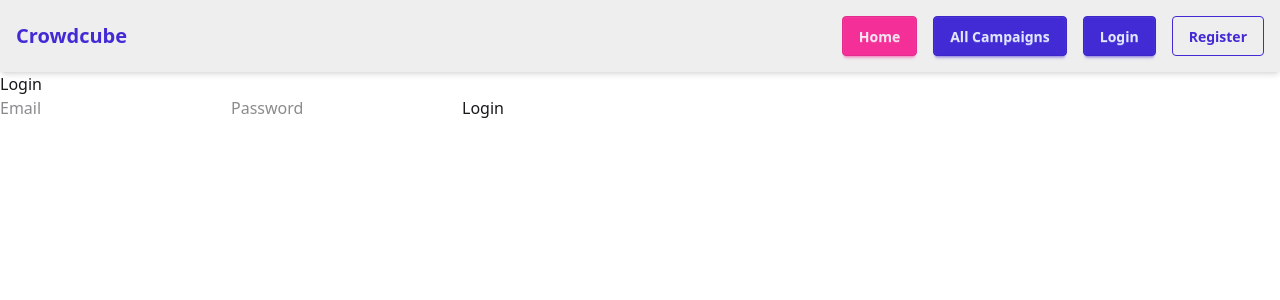
Repository: Aminul-Islam85/crowd-client
Page: /login
The author's editor kept a copy of each file at every save. The page is drawn from the files as they stood at one save, then again after the next save.
The browser window is 1280 px wide. The pictures show the whole page.
The project was rebuilt for these pictures with package versions that can differ from the ones it lists, and the page was loaded fresh each time. Also part of the build but not shown: vite.config.js, src/pages/Home.jsx, src/pages/auth/Register.jsx, src/pages/AddCampaign.jsx, src/pages/Campaigns.jsx, src/pages/CampaignDetails.jsx, src/pages/MyDonations.jsx, src/pages/MyCampaigns.jsx. Imported but missing from the stored project, and not drawn on this page: src/pages/NotFound.

Above is the page before, as saved 2025-03-18 18:17:37.

### src/main.jsx
import { StrictMode } from "react";
import { createRoot } from "react-dom/client";
import "./index.css";
import App from "./App.jsx";
import { AuthProvider } from "./context/AuthContext"; // ✅ Import AuthProvider

createRoot(document.getElementById("root")).render(
  <StrictMode>
    <AuthProvider> {/* ✅ Wrap App with AuthProvider */}
      <App />
    </AuthProvider>
  </StrictMode>
);

### src/App.jsx
import { BrowserRouter as Router, Routes, Route, Navigate, useLocation } from "react-router-dom";
import Navbar from "./components/Navbar";
import Footer from "./components/Footer";
import { useAuthState } from "react-firebase-hooks/auth";
import { auth } from "./config/firebase";
import { AuthProvider } from "./context/AuthContext";

import Home from "./pages/Home";
import Login from "./pages/auth/Login";
import Register from "./pages/auth/Register";
import AddCampaign from "./pages/AddCampaign";
import Campaigns from "./pages/Campaigns";
import CampaignDetails from "./pages/CampaignDetails";
import MyDonations from "./pages/MyDonations";
import MyCampaigns from "./pages/MyCampaigns";
import NotFound from "./pages/NotFound";




const PrivateRoute = ({ children }) => {
  const [user] = useAuthState(auth);
  const location = useLocation();

  return user ? (
    children
  ) : (
    <Navigate to="/login" state={{ from: location }} replace />
  );
};

function App() {
  return (
    <AuthProvider>
      <Router>
      <Navbar />
        <Routes>
          <Route path="/" element={<Home />} />
          <Route path="/login" element={<Login />} />
          <Route path="/register" element={<Register />} />
          <Route path="/add-campaign" element={<PrivateRoute><AddCampaign /></PrivateRoute>} />
          <Route path="/campaigns" element={<Campaigns />} />
          <Route path="/campaigns/:id" element={<CampaignDetails />} />
          <Route path="/my-donations" element={<PrivateRoute><MyDonations /></PrivateRoute>} />
          <Route path="/my-campaigns" element={<PrivateRoute><MyCampaigns /></PrivateRoute>} />
          <Route path="*" element={<NotFound />} />

        </Routes>
    </Router>
    </AuthProvider>
  );
}

export default App;

### src/context/AuthContext.jsx
import { createContext, useContext, useState, useEffect } from "react";
import { auth } from "../config/firebase"; // Make sure firebase is properly configured
import { onAuthStateChanged } from "firebase/auth";

const AuthContext = createContext();

export const AuthProvider = ({ children }) => {
  const [user, setUser] = useState(null);
  const [loading, setLoading] = useState(true);

  useEffect(() => {
    const unsubscribe = onAuthStateChanged(auth, (currentUser) => {
      setUser(currentUser);
      setLoading(false);
    });
    return () => unsubscribe();
  }, []);

  return (
    <AuthContext.Provider value={{ user }}>
      {!loading && children}
    </AuthContext.Provider>
  );
};

export const useAuth = () => useContext(AuthContext);

### src/components/Navbar.jsx
import { Link } from "react-router-dom";
import { useAuthState } from "react-firebase-hooks/auth";
import { auth } from "../config/firebase";
import { FaUserCircle } from "react-icons/fa"; // Import User Icon

const Navbar = () => {
  const [user] = useAuthState(auth);

  const handleLogout = async () => {
    await auth.signOut();
  };

  return (
    <nav className="flex justify-between items-center p-4 bg-base-300 shadow-md">
      {/* Website Name/Logo */}
      <Link to="/" className="text-xl font-bold text-primary">
        Crowdcube
      </Link>

      {/* Navbar Links */}
      <div className="flex items-center space-x-4">
        <Link to="/" className="btn btn-secondary">Home</Link>
        <Link to="/campaigns" className="btn btn-primary">All Campaigns</Link>

        {/* Protected Routes: Show only when user is logged in */}
        {user && (
          <>
            <Link to="/add-campaign" className="btn btn-outline btn-primary">Add Campaign</Link>
            <Link to="/my-campaigns" className="btn btn-outline btn-secondary">My Campaigns</Link>
            <Link to="/my-donations" className="btn btn-outline btn-primary">My Donations</Link>

            {/* User Icon with Hover Details */}
            <div className="relative group flex items-center">
              <FaUserCircle className="text-3xl text-primary cursor-pointer" />
              <div className="absolute hidden group-hover:block bg-white p-2 rounded shadow-md right-0 mt-2">
                <p className="text-sm font-semibold">{user.displayName || "User"}</p>
                <p className="text-xs text-gray-600">{user.email}</p>
              </div>
            </div>

            {/* Log Out Button */}
            <button onClick={handleLogout} className="btn btn-error">Log Out</button>
          </>
        )}

        {/* Conditional Login/Register */}
        {!user && (
          <>
            <Link to="/login" className="btn btn-primary">Login</Link>
            <Link to="/register" className="btn btn-outline btn-primary">Register</Link>
          </>
        )}
      </div>
    </nav>
  );
};

export default Navbar;

### src/config/firebase.js
import { initializeApp } from "firebase/app";
import { getAuth } from "firebase/auth";

const firebaseConfig = {
  apiKey: import.meta.env.VITE_FIREBASE_API_KEY,
  authDomain: import.meta.env.VITE_FIREBASE_AUTH_DOMAIN,
  projectId: import.meta.env.VITE_FIREBASE_PROJECT_ID,
  storageBucket: import.meta.env.VITE_FIREBASE_STORAGE_BUCKET,
  messagingSenderId: import.meta.env.VITE_FIREBASE_MESSAGING_SENDER_ID,
  appId: import.meta.env.VITE_FIREBASE_APP_ID,
};

const app = initializeApp(firebaseConfig);
const auth = getAuth(app);

export { auth, app };

### src/pages/auth/Login.jsx
import { useState } from "react";
import { auth } from "../../config/firebase";
import { signInWithEmailAndPassword } from "firebase/auth";
import { useNavigate, useLocation } from "react-router-dom";

const Login = () => {
  const [form, setForm] = useState({ email: "", password: "" });
  const [error, setError] = useState(null);
  const [success, setSuccess] = useState(null);
  const navigate = useNavigate();
  const location = useLocation();
  const from = location.state?.from?.pathname || "/"; // Get intended route or default to "/"

  const handleChange = (e) => {
    setForm({ ...form, [e.target.name]: e.target.value });
  };

  const handleSubmit = async (e) => {
    e.preventDefault();
    setError(null);
    setSuccess(null);

    try {
      await signInWithEmailAndPassword(auth, form.email, form.password);
      setSuccess("Login successful! Redirecting...");
      setTimeout(() => {
        navigate(from, { replace: true }); // Redirect to intended route
      }, 2000);
    } catch (err) {
      console.error("Firebase Login Error:", err.code, err.message);
      setError(`Login failed: ${err.message}`);
    }
  };

  return (
    <div>
      <h2>Login</h2>
      {error && <p style={{ color: "red" }}>{error}</p>}
      {success && <p style={{ color: "green" }}>{success}</p>}
      <form onSubmit={handleSubmit}>
        <input type="email" name="email" placeholder="Email" onChange={handleChange} required />
        <input type="password" name="password" placeholder="Password" onChange={handleChange} required />
        <button type="submit">Login</button>
      </form>
    </div>
  );
};

export default Login;

### src/components/Footer.jsx
const Footer = () => {
    return (
      <footer className="bg-base-300 text-center p-4 mt-8">
        <p className="text-gray-600">&copy; {new Date().getFullYear()} Crowdcube. All rights reserved.</p>
      </footer>
    );
  };

  export default Footer;

Loaded but not shown: index.html (common file); src/index.css (common file)

After the next save:
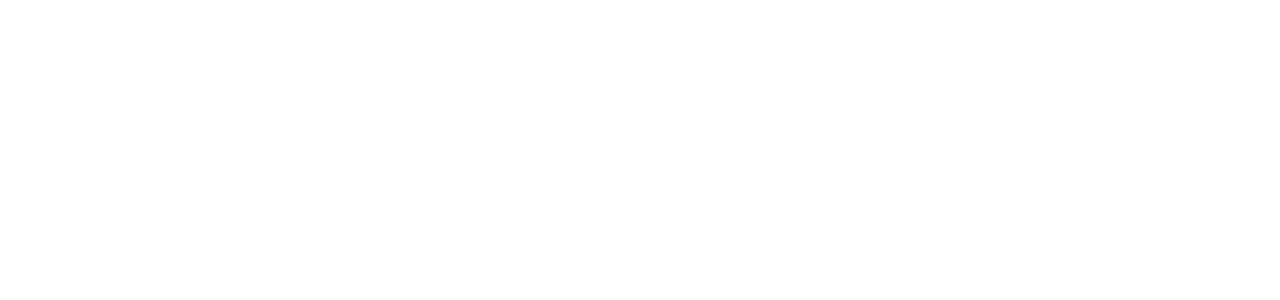
Console error: ReferenceError: FooterWrapper is not defined
Saved 73 s later.
--- a/src/App.jsx
+++ b/src/App.jsx
@@ -44,8 +44,8 @@
           <Route path="/my-donations" element={<PrivateRoute><MyDonations /></PrivateRoute>} />
           <Route path="/my-campaigns" element={<PrivateRoute><MyCampaigns /></PrivateRoute>} />
           <Route path="*" element={<NotFound />} />
-
         </Routes>
+        <FooterWrapper />
     </Router>
     </AuthProvider>
   );

After the save that followed:
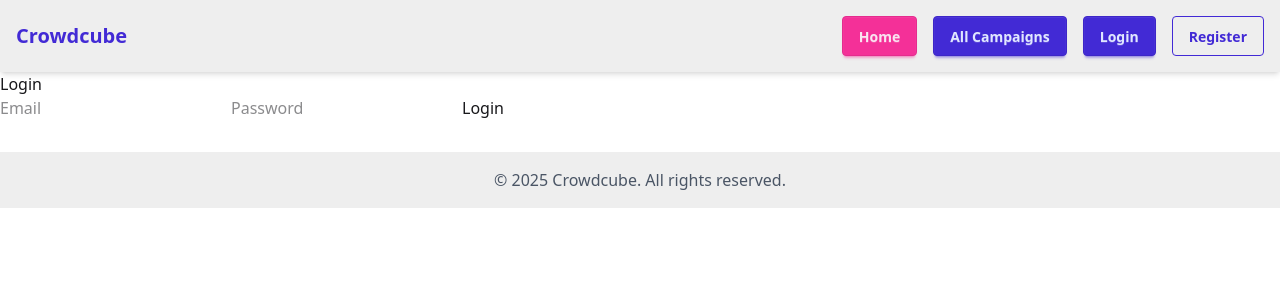
The error is gone.
Saved 23 s later.
--- a/src/App.jsx
+++ b/src/App.jsx
@@ -50,5 +50,9 @@
     </AuthProvider>
   );
 }
+const FooterWrapper = () => {
+  const location = useLocation();
+  return location.pathname !== "*" ? <Footer /> : null;
+};
 
 export default App;
